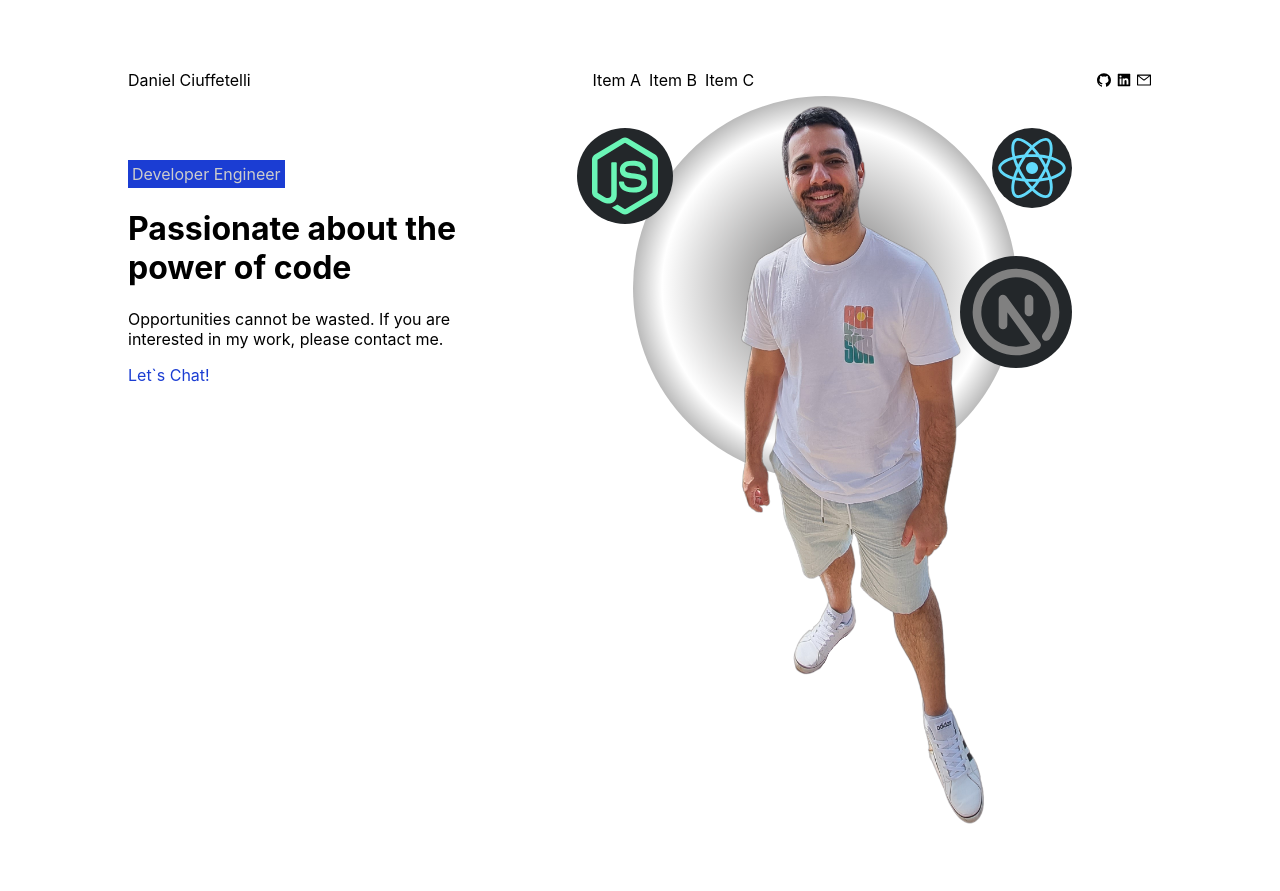
Repository: ciuffetelli/portfolio
Page: /
These files come from the project's save history. The page is drawn as it stood at one moment and after the next save; the edit follows.
The browser window is 1280 px wide. The pictures show the whole page.
The project was rebuilt for these pictures with package versions that can differ from the ones it lists, and the page was loaded fresh each time. The framework's server and built-in components were replaced by stand-ins that run in the browser. Also part of the build but not shown: next.config.js.

Above is the page before, as saved 2022-12-04 17:14:12.

After the next save:
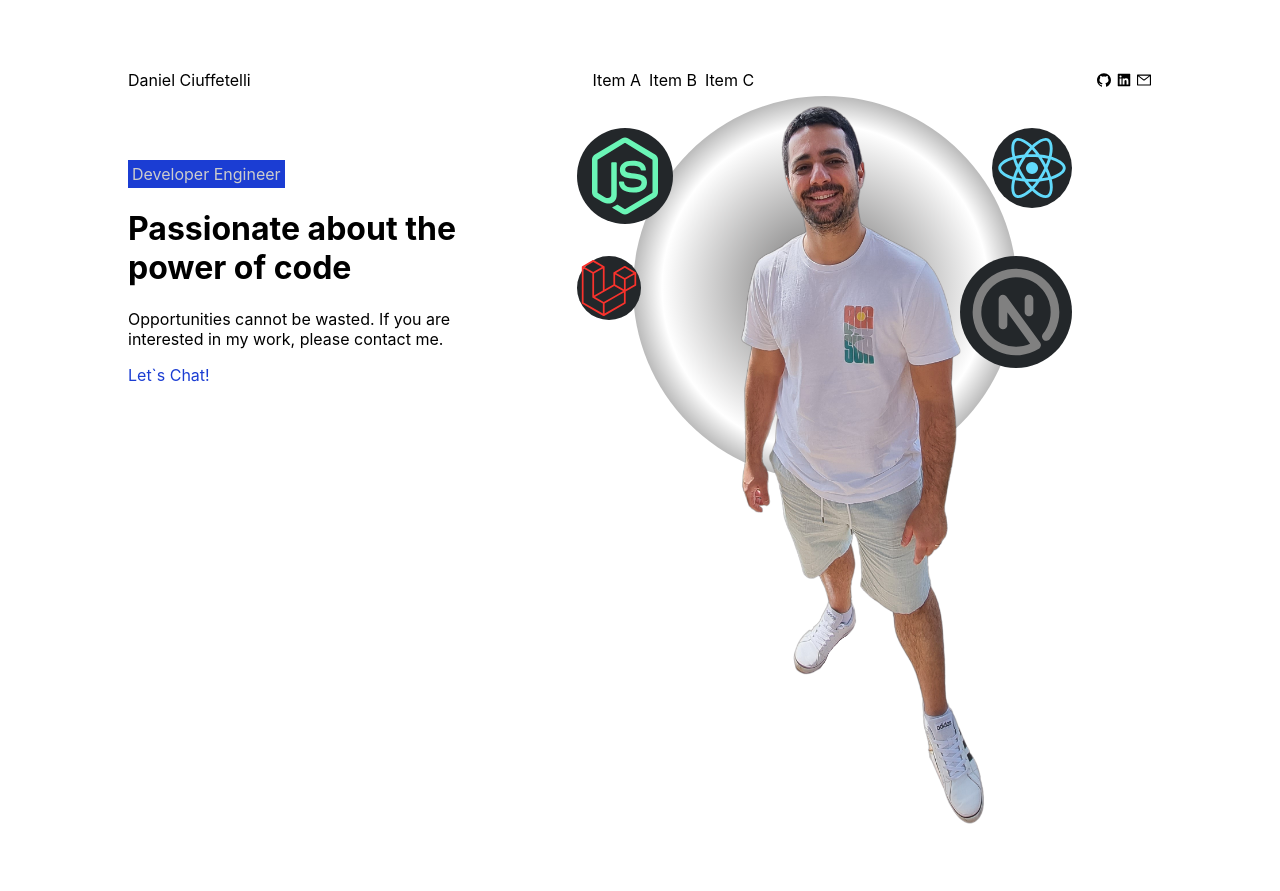
Saved 3 min 24 s later.
--- a/Components/Hero.tsx
+++ b/Components/Hero.tsx
@@ -3,6 +3,7 @@
 import { IoLogoNodejs } from 'react-icons/io'
 import { IoLogoReact } from 'react-icons/io5'
 import { TbBrandNextjs } from 'react-icons/tb'
+import { FaLaravel } from 'react-icons/fa'
 
 export function Hero() {
     return (
@@ -18,6 +19,7 @@
                 <Tech top={2} left={5} width={6} height={6}><NodeJs /></Tech>
                 <Tech top={2} right={5} width={5} height={5}><React /></Tech>
                 <Tech top={10} right={5} width={7} height={7}><Next /></Tech>
+                <Tech top={10} left={5} width={4} height={4}><Laravel /></Tech>
             </RightSide>
         </Container>
     )
@@ -108,3 +110,8 @@
     height: 100%;
     color: #808080;
 `
+const Laravel = styled(FaLaravel)`
+    width: 100%;
+    height: 100%;
+    color: #f9322c;
+`
